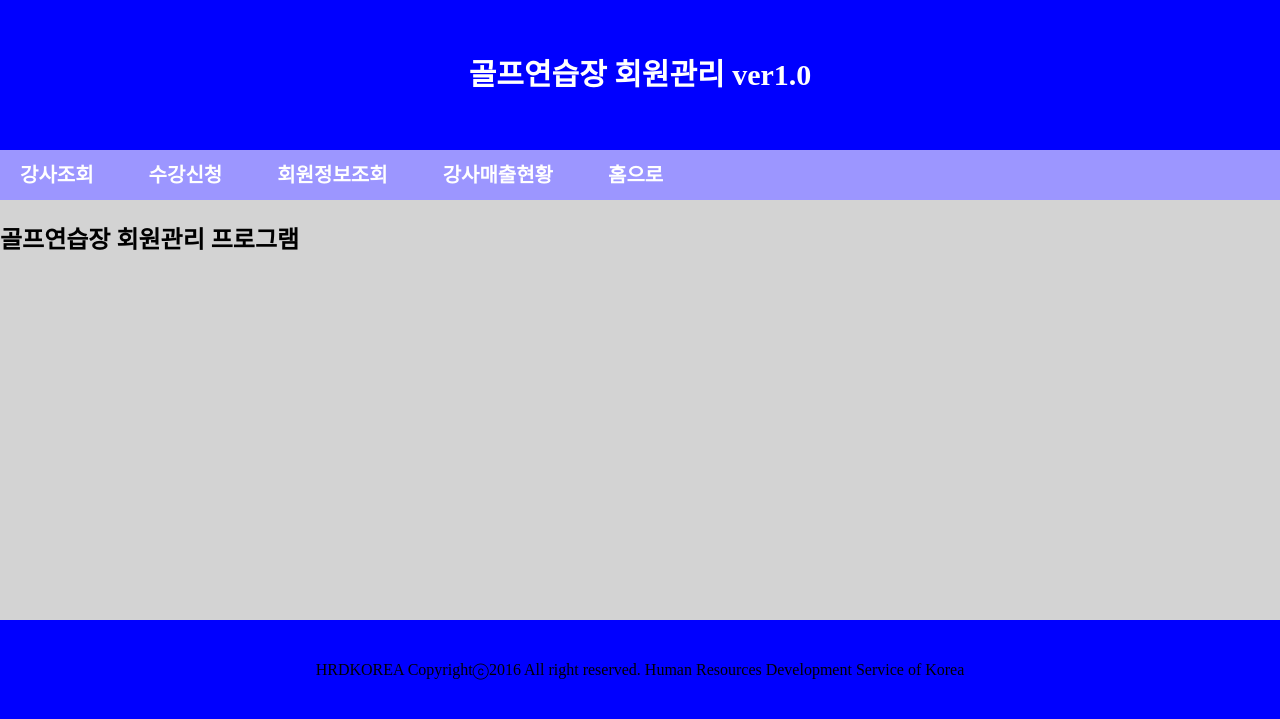
Repository: junhee97/-
Page: http://localhost/HRD_05/
These files come from the project's save history. The page is drawn as it stood at one moment and after the next save; the edit follows.
The browser window is 1280 px wide. The pictures show the whole page.
The page is served by Tomcat 9.

Above is the page before, as saved 2025-08-19 12:49:04.

### HRD_05/WebContent/index.jsp
<%@ page language="java" contentType="text/html; charset=UTF-8"
    pageEncoding="UTF-8"%>
<!DOCTYPE html PUBLIC "-//W3C//DTD HTML 4.01 Transitional//EN" "http://www.w3.org/TR/html4/loose.dtd">
<html>
<head>
<meta http-equiv="Content-Type" content="text/html; charset=UTF-8">
<title>Insert title here</title>
</head>
<body>

<jsp:include page="header.jsp"></jsp:include>

<section style="position: fixed; top: 200px; left: 0px; width: 100%; height: 100%; background-color: lightgray;">
<h2>골프연습장 회원관리 프로그램</h2>

</section>

<jsp:include page="footer.jsp"></jsp:include>

</body>
</html>

### HRD_05/WebContent/header.jsp
<%@ page language="java" contentType="text/html; charset=UTF-8"
    pageEncoding="UTF-8"%>
<!DOCTYPE html PUBLIC "-//W3C//DTD HTML 4.01 Transitional//EN" "http://www.w3.org/TR/html4/loose.dtd">
<html>
<head>
<meta http-equiv="Content-Type" content="text/html; charset=UTF-8">
<title>Insert title here</title>

<style>
a {
	text-decoration: none;
	color: white;
}
</style>

</head>
<body>

<header style="position: fixed; top: 0px; left: 0px; width: 100%; height: 150px; line-height: 150px; text-align: center; color: white; background-color: blue; font-size: 30px; font-weight: 600;">
	골프연습장 회원관리 ver1.0
</header>

<nav style="position: fixed; top: 150px; left: 0px; width: 100%; height: 50px; line-height: 50px; padding-left: 20px; background-color: #9C96FF; font-size: 20px; font-weight: 600;">
	<a href="">강사조회</a> &nbsp; &nbsp; &nbsp; &nbsp; &nbsp;
	<a href="">수강신청</a> &nbsp; &nbsp; &nbsp; &nbsp; &nbsp;
	<a href="">회원정보조회</a> &nbsp; &nbsp; &nbsp; &nbsp; &nbsp;
	<a href="">강사매출현황</a> &nbsp; &nbsp; &nbsp; &nbsp; &nbsp;
	<a href="index.jsp">홈으로</a> &nbsp; &nbsp; &nbsp; &nbsp; &nbsp;
</nav>

</body>
</html>

### HRD_05/WebContent/footer.jsp
<%@ page language="java" contentType="text/html; charset=UTF-8"
    pageEncoding="UTF-8"%>
<!DOCTYPE html PUBLIC "-//W3C//DTD HTML 4.01 Transitional//EN" "http://www.w3.org/TR/html4/loose.dtd">
<html>
<head>
<meta http-equiv="Content-Type" content="text/html; charset=UTF-8">
<title>Insert title here</title>
</head>
<body>

<footer style="position: fixed; bottom: 0px; left: 0px; height: 100px; line-height: 100px; width: 100%; text-align: center; background-color: blue;">
	HRDKOREA Copyrightⓒ2016 All right reserved. Human Resources Development Service of Korea
</footer>

</body>
</html>

After the next save:
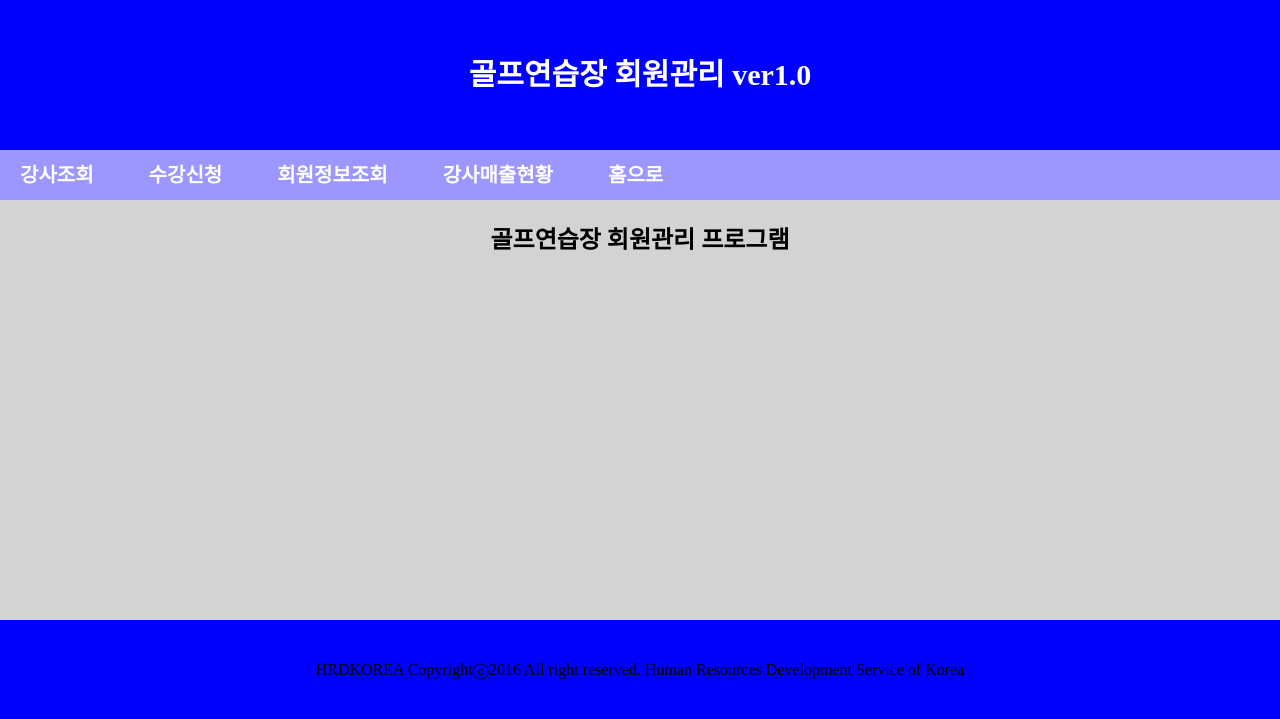
Saved 11 s later.
--- a/HRD_05/WebContent/index.jsp
+++ b/HRD_05/WebContent/index.jsp
@@ -11,7 +11,7 @@
 <jsp:include page="header.jsp"></jsp:include>
 
 <section style="position: fixed; top: 200px; left: 0px; width: 100%; height: 100%; background-color: lightgray;">
-<h2>골프연습장 회원관리 프로그램</h2>
+<h2 style="text-align: center;">골프연습장 회원관리 프로그램</h2>
 
 </section>
 
